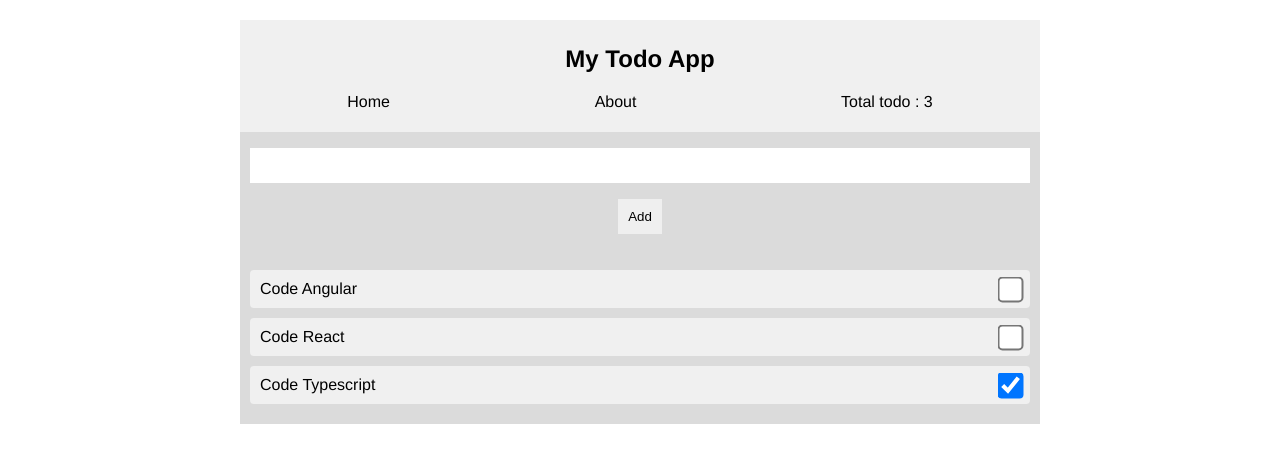
Repository: DTien93/Todo-Typescript
Page: / (app in my-app/)
These files come from the project's save history. The page is drawn as it stood at one moment and after the next save; the edit follows.
The browser window is 1280 px wide. The pictures show the whole page.
The project was rebuilt for these pictures with package versions that can differ from the ones it lists, and the page was loaded fresh each time. Imported but missing from the stored project, and not drawn on this page: my-app/src/serviceWorker.

Above is the page before, as saved 2021-10-16 22:17:11.

### my-app/src/index.tsx
import React from 'react';
import ReactDOM from 'react-dom';
import './index.css';
import App from './App';
import store from './store'
import { Provider } from 'react-redux';
import * as serviceWorker from './serviceWorker';

ReactDOM.render(
  <React.StrictMode>
    <Provider store={store}>
      <App />
      </Provider>
  </React.StrictMode>,
  document.getElementById('root')
);

// If you want your app to work offline and load faster, you can change
// unregister() to register() below. Note this comes with some pitfalls.
// Learn more about service workers: https://bit.ly/CRA-PWA
serviceWorker.unregister();

### my-app/src/index.css
.App {
  font-family: Avenir, Helvetica, Arial, sans-serif;
  -webkit-font-smoothing: antialiased;
  -moz-osx-font-smoothing: grayscale;
  background: rgb(219, 219, 219);
  margin: 20px auto;
  width: 90%;
  max-width: 800px;
 }

### my-app/src/App.tsx
import React from 'react'
import './App.css'
import './index.css'
import Navbar from './components/Navbar'
import Todos from './components/Todos'
const App = () => {
  return (
    <div className='App'>
      <Navbar />
      <Todos/>
    </div>
  )
}

export default App

### my-app/src/store/index.ts
import { configureStore } from '@reduxjs/toolkit'
import todosReducer  from './reducers/TodoSlice'

// Create store save data
const store = configureStore({
    reducer: {
        todosReducer
    }
})

// Export store
export default  store

### my-app/src/App.css
.todo-list ul {
  padding: 0 10px 10px 10px;
  list-style-type: none;
 }

 .todo-list li {
  padding: 10px;
  cursor: pointer;
  margin: 10px 0;
  border-radius: 4px;
  background: rgb(240, 240, 240);
  color: black;
 }

 .todo-list li input[type='checkbox'] {
  -ms-transform: scale(2); /* IE */
  -moz-transform: scale(2); /* FF */
  -webkit-transform: scale(2); /* Safari and Chrome */
  -o-transform: scale(2); /* Opera */
  transform: scale(2);
  padding: 10px;
  float: right;
 }

 .todo-list li.completed {
  background: rgb(119, 218, 243);
 }

 .todo-list li button {
  float: right;
  margin-right: 20px;
 }

 .todo-list li button:hover {
  cursor: pointer;
  background: red;
  color: white;
 }

 /* Navbar */
 .navbar {
  padding: 5px;
  text-align: center;
  background: rgb(240, 240, 240);
  color: black;
 }

 .navbar ul {
  display: flex;
  justify-content: space-around;
  align-items: center;
  list-style: none;
  padding: 0;
 }

 /* TodoForm */
 form {
  padding: 10px;
 }

 input[type='text'] {
  width: 100%;
  box-sizing: border-box;
  padding: 10px;
  margin: 6px 0;
  border: 0;
 }

 input[type='submit'] {
  margin: 10px auto;
  padding: 10px;
  border: 0;
  display: block;
 }

### my-app/src/components/Navbar.tsx
import React from 'react'
import { todosSelector } from '../store/reducers/TodoSlice'
import { useSelector } from 'react-redux'

const Navbar = () => {
    const todos = useSelector(todosSelector)
    return (
        <div className='navbar'>
            <h2>My Todo App</h2>
            <ul>
                <li>Home</li>
                <li>About</li>
                <li>Total todo : {todos.length}</li>
            </ul>
        </div>
    )
}

export default Navbar

### my-app/src/components/Todos.tsx
import React  from 'react'
import { useSelector } from 'react-redux'
import { todosSelector } from '../store/reducers/TodoSlice'
import TodoForm from './TodoForm'

const Todos = () => {
    const todos = useSelector(todosSelector)
    return (
        <div className='todo-list'>
            <TodoForm/>
            <ul>
            {
                todos.map((todo: { title: string, id: number, completed: boolean }) => (
                    <li key={todo.id}>
                        {todo.title}
                        <input type="checkbox" checked={todo.completed } />
                    </li>
                ))
            }
          </ul>
        </div>
    )
}

export default Todos

### my-app/src/store/reducers/TodoSlice.tsx
import { createSlice, nanoid } from '@reduxjs/toolkit'

interface TodoState {
    allTodos: {} | any,
}

const initialState: TodoState = {
    allTodos: [
        {
            id: 1,
            title: 'Code Angular',
            completed: false
        },
        {
            id: 2,
            title: 'Code React',
            completed: false
        },
        {
            id: 3,
            title: 'Code Typescript',
            completed: true
        }
    ]
}

export const todoSlice = createSlice({
    name: 'todos',
    initialState,
    reducers: {
        addTodo: {
            reducer(state, action) {
                state.allTodos.unshift( action.payload)
            },
            prepare(title: any): any {
                return  {
                    payload: {
                        id: nanoid(),
                        title,
                        completed: false
                    }
                }
              }
        }
    }
})

// Create Reducer
const todosReducer = todoSlice.reducer

// Selector get data
export const todosSelector = (state: { todosReducer: { allTodos: any } }) => state.todosReducer.allTodos

// Export action
export const { addTodo } = todoSlice.actions

// Export reducers
export default todosReducer

### my-app/src/components/TodoForm.tsx
import React, {useState} from 'react'
import { addTodo } from '../store/reducers/TodoSlice'
// Dispatch action
import { useDispatch } from 'react-redux'


const TodoForm = () => {
    const dispatch = useDispatch()
    const [title, setTitle] = useState('')

    const onChangeTitle = (e: any) => {
        setTitle(e.target.value)
    }

    const onHandleSubmit= (e:any) => {
        e.preventDefault()
        dispatch(addTodo(title))
        setTitle('')
    }

    return (
        <div>
            <form onSubmit={onHandleSubmit}>
                <input type="text" value={title} onChange = {onChangeTitle} />
                <input type="submit" value="Add" />
            </form>
        </div>
    )
}

export default TodoForm

After the next save:
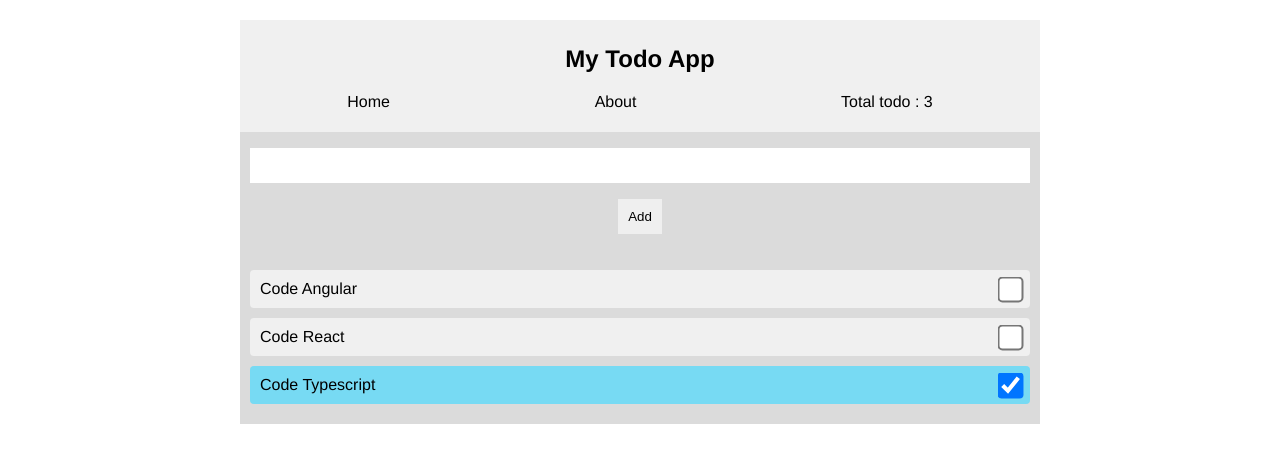
Saved 66 s later.
--- a/my-app/src/components/Todos.tsx
+++ b/my-app/src/components/Todos.tsx
@@ -11,7 +11,7 @@ const Todos = () => {
             <ul>
             {
                 todos.map((todo: { title: string, id: number, completed: boolean }) => (
-                    <li key={todo.id}>
+                    <li key={todo.id} className={todo.completed ? 'completed' : ''}>
                         {todo.title}
                         <input type="checkbox" checked={todo.completed } />
                     </li>
